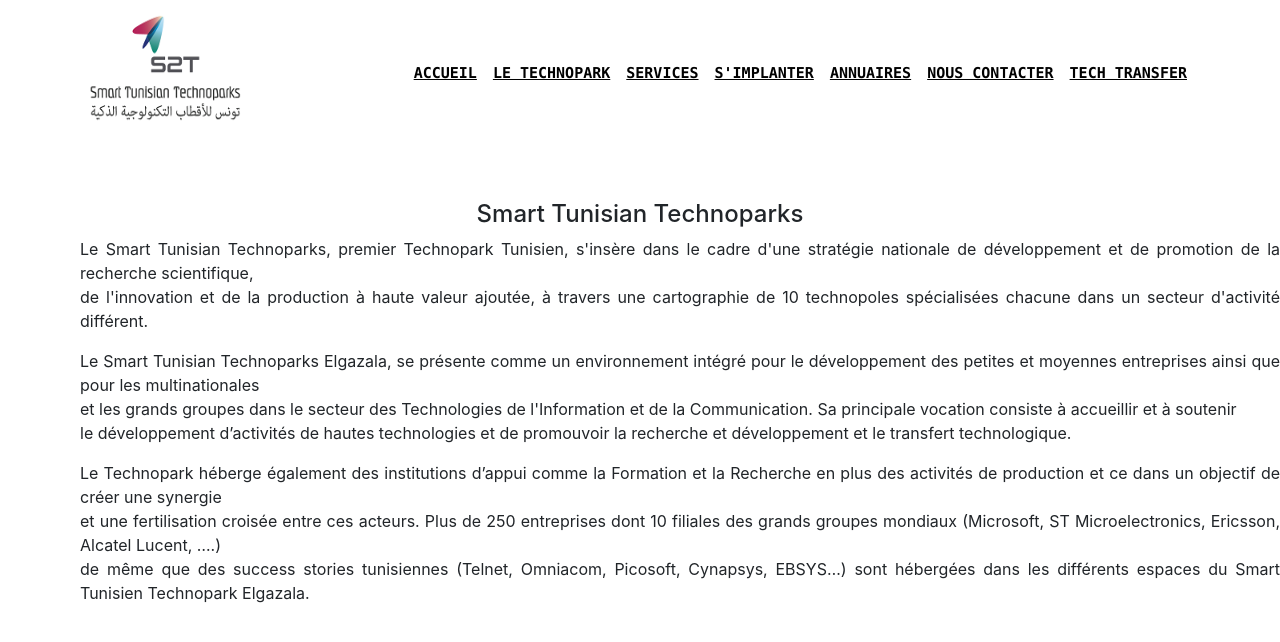
Repository: Zakraouihadil1/stage-perfectionnement-
Page: presentation.html
These files come from the project's save history. The page is drawn as it stood at one moment and after the next save; the edit follows.
The browser window is 1280 px wide. The pictures show the whole page.

Above is the page before, as saved 2021-08-17 19:41:34.

After the next save:
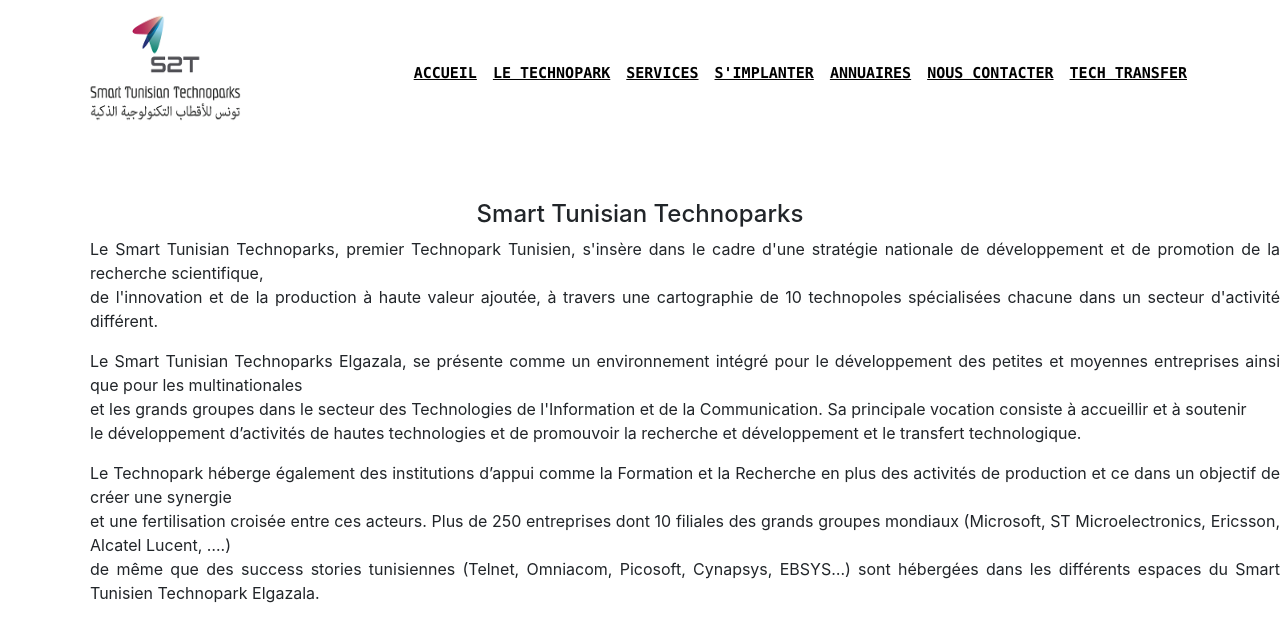
Saved 10 s later.
--- a/presentation.html
+++ b/presentation.html
@@ -101,7 +101,7 @@
 
 <div style="margin-top: 200px; text-align:  justify;">
     <h4 style="text-align: center;">Smart Tunisian Technoparks</h4>
-    <div style="margin-left: 80px ;">
+    <div style="margin-left: 90px ;">
     <p>Le Smart Tunisian Technoparks, premier Technopark Tunisien, s'insère dans le cadre d'une stratégie nationale de développement et de promotion de la recherche scientifique, <br>
      de l'innovation et de la production à haute valeur ajoutée, à travers une cartographie de 10 technopoles spécialisées chacune dans un secteur d'activité différent.</p>
 
